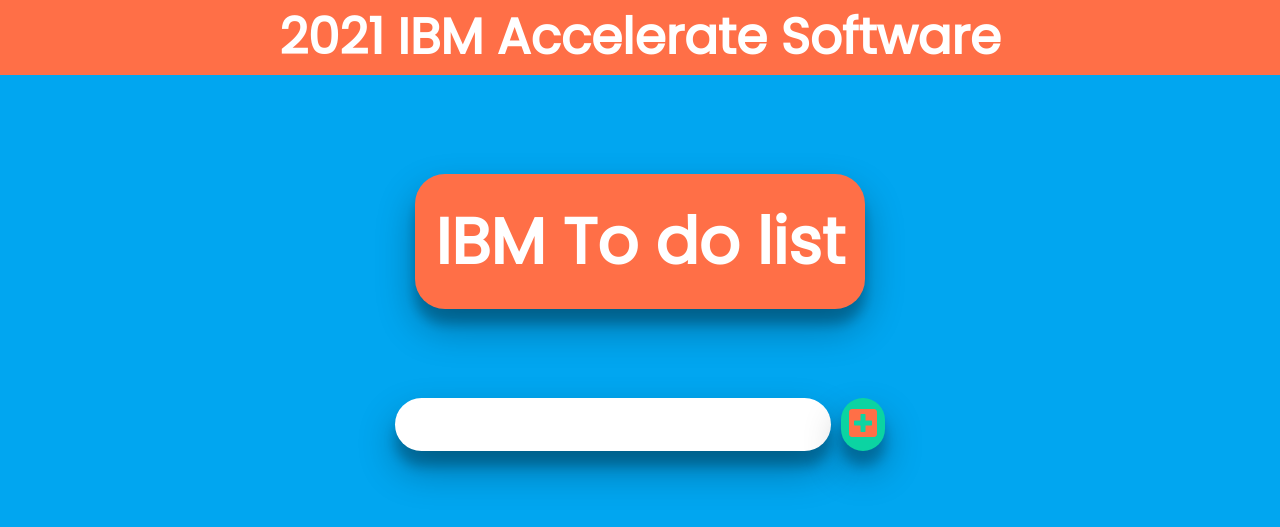
Repository: 2021-IBM-Accelerate-SW-Track/lab-1-team-34
Page: /
These files come from the project's save history. The page is drawn as it stood at one moment and after the next save; the edit follows.
The browser window is 1280 px wide. The pictures show the whole page.
The pointer rests on the first visible `form button`.
Some web libraries are served in a nearby version. The project was rebuilt for these pictures with package versions that can differ from the ones it lists, and the page was loaded fresh each time. Also part of the build but not shown: src/components/Todo.js.

Above is the page before, as saved 2021-06-16 18:29:16.

After the next save:
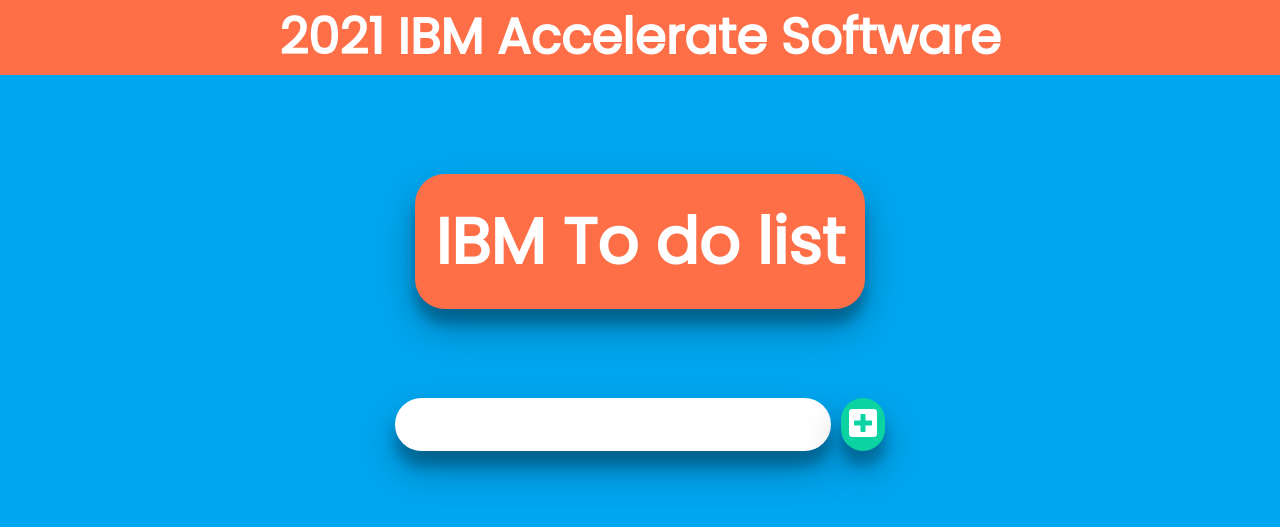
Saved 11 s later.
--- a/src/App.css
+++ b/src/App.css
@@ -64,7 +64,7 @@
 }
 form button:hover {
   background: rgb(11, 212, 162);
-  color: #ff6f47;
+  color: white;
 }
 .todo-container {
   display: flex;
